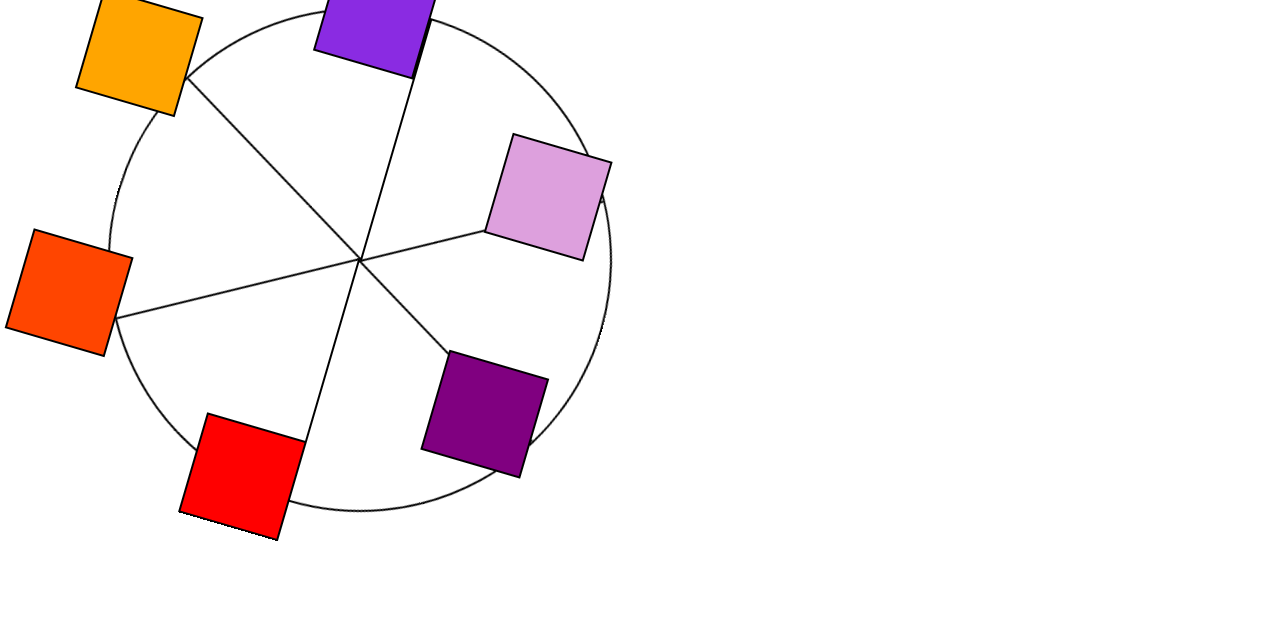
Repository: Lungdjos/ferris_wheel
Page: index.html
These files come from the project's save history. The page is drawn as it stood at one moment and after a run of saves; the edit follows.
The browser window is 1280 px wide. The pictures show the whole page.

Above is the page before, as saved 2024-01-11 09:47:42.

After the next 5 saves:
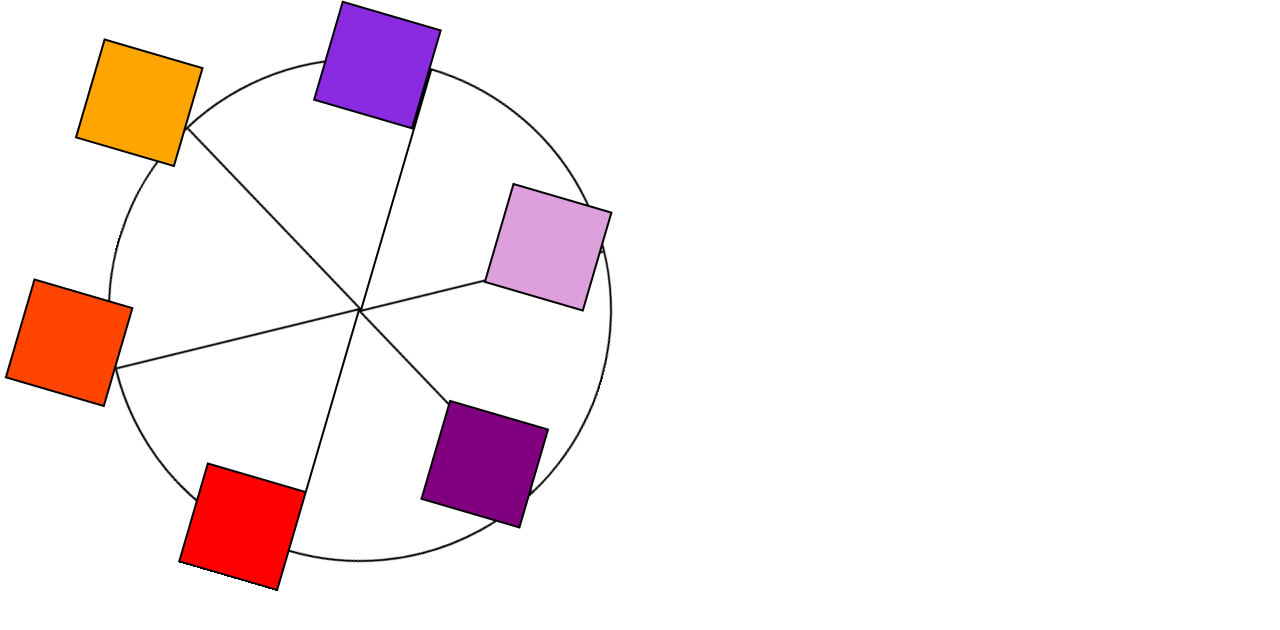
The 5 saves are shown as one change because they came seconds apart.
The last was saved 15 s later.
--- a/styles.css
+++ b/styles.css
@@ -4,7 +4,8 @@
     border: 2px solid black;
     border-radius: 50%;
     margin-left: 100px;
-    marg position: absolute;
+    margin-top: 50px;
+    position: absolute;
     height: 55vw;
     width: 55vw;
     max-width: 500px;
